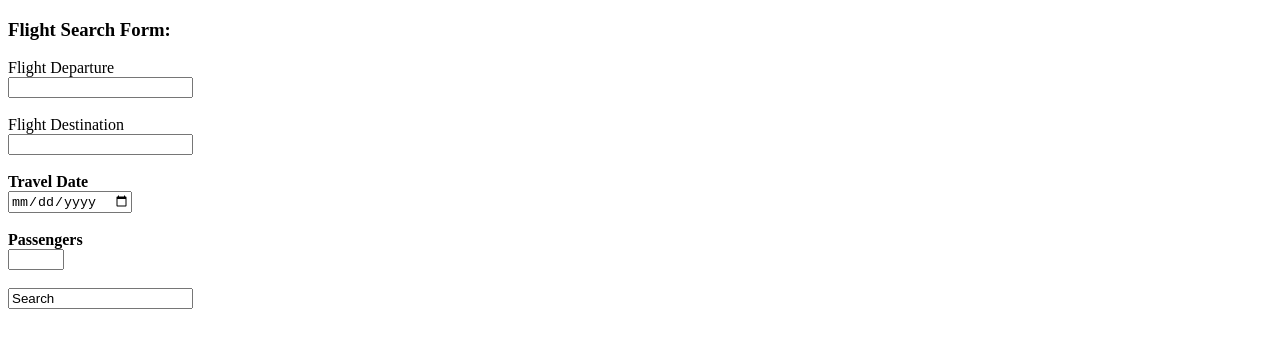
Repository: rkelly7391/SNHU_IT-634-X3894_18TW3
Page: http://localhost/RyanAirlineProject/FlightSearch
These files come from the project's save history. The page is drawn as it stood at one moment and after the next save; the edit follows.
The browser window is 1280 px wide. The pictures show the whole page.
The page is served by Tomcat 9.

Above is the page before, as saved 2018-03-04 23:14:33.

After the next save:
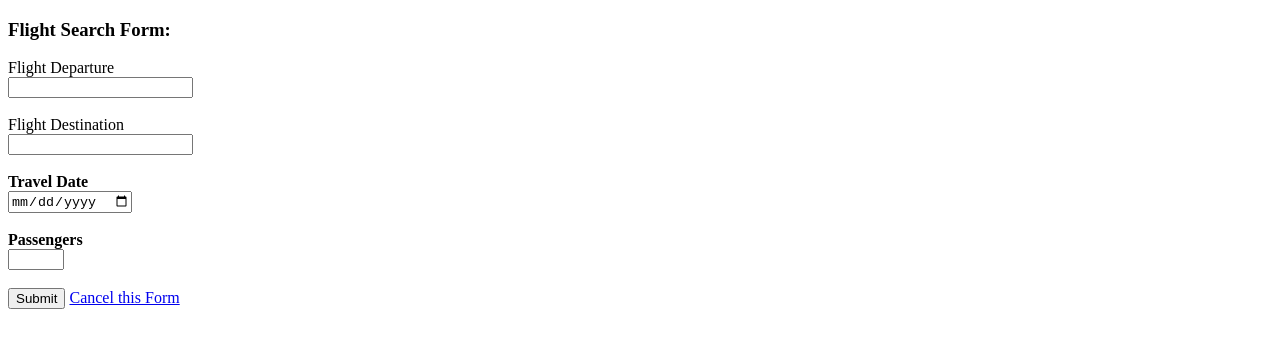
Saved 110 s later.
--- a/RyanAirlineProject/source/production/java/RyanFlightSearchServlet.java
+++ b/RyanAirlineProject/source/production/java/RyanFlightSearchServlet.java
@@ -80,7 +80,8 @@ public class RyanFlightSearchServlet extends HttpServlet {
         writer.append("<input type=\"date\" name=\"travel\"/><br/><br/>\r\n");
         writer.append("<b>Passengers</b><br/>\r\n");
         writer.append("<input type=\"number\" name=\"pass\" min=\"1\" max=\"25\"/><br/><br/>\r\n");
-        writer.append("<input type=\"search\" value=\"Search\"/>\r\n");
+        writer.append("<input type=\"submit\" value=\"Submit\"/>\r\n");
+        writer.append("<a href=\"search\">Cancel this Form</a>\r\n");
         writer.append("</form>\r\n");
 
 //		writer.append("<h2>Search for a Flight</h2>\r\n");
